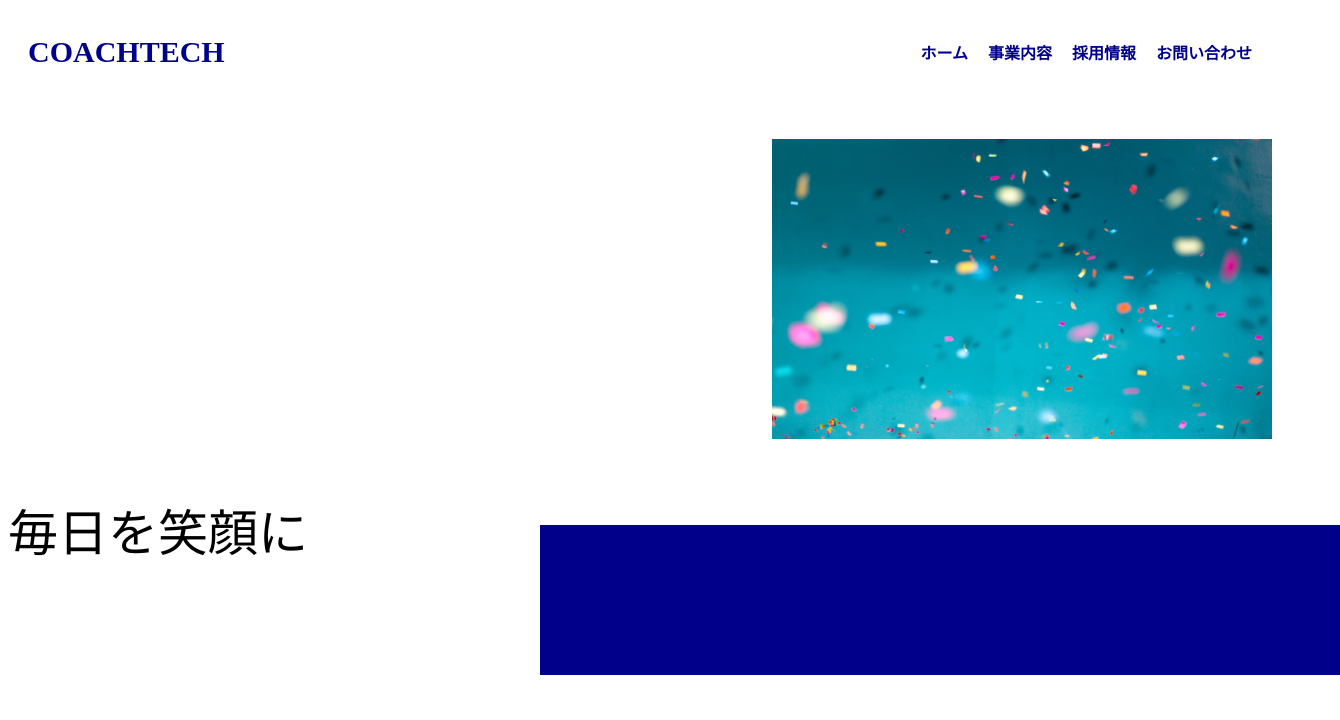
Repository: moro-ayu3/20230213_morohoshi
Page: index.html
An editor plug-in stored every save of this project. The page is shown before and after a run of saves, followed by the edit.
The browser window is 1280 px wide. The page is 1340 px wide, then 1280 px, so the pictures cover 1340 px, including what lies to the right of the window. The pictures show the whole page.

Above is the page before, as saved 2023-02-14 21:31:55.

After the next 2 saves:
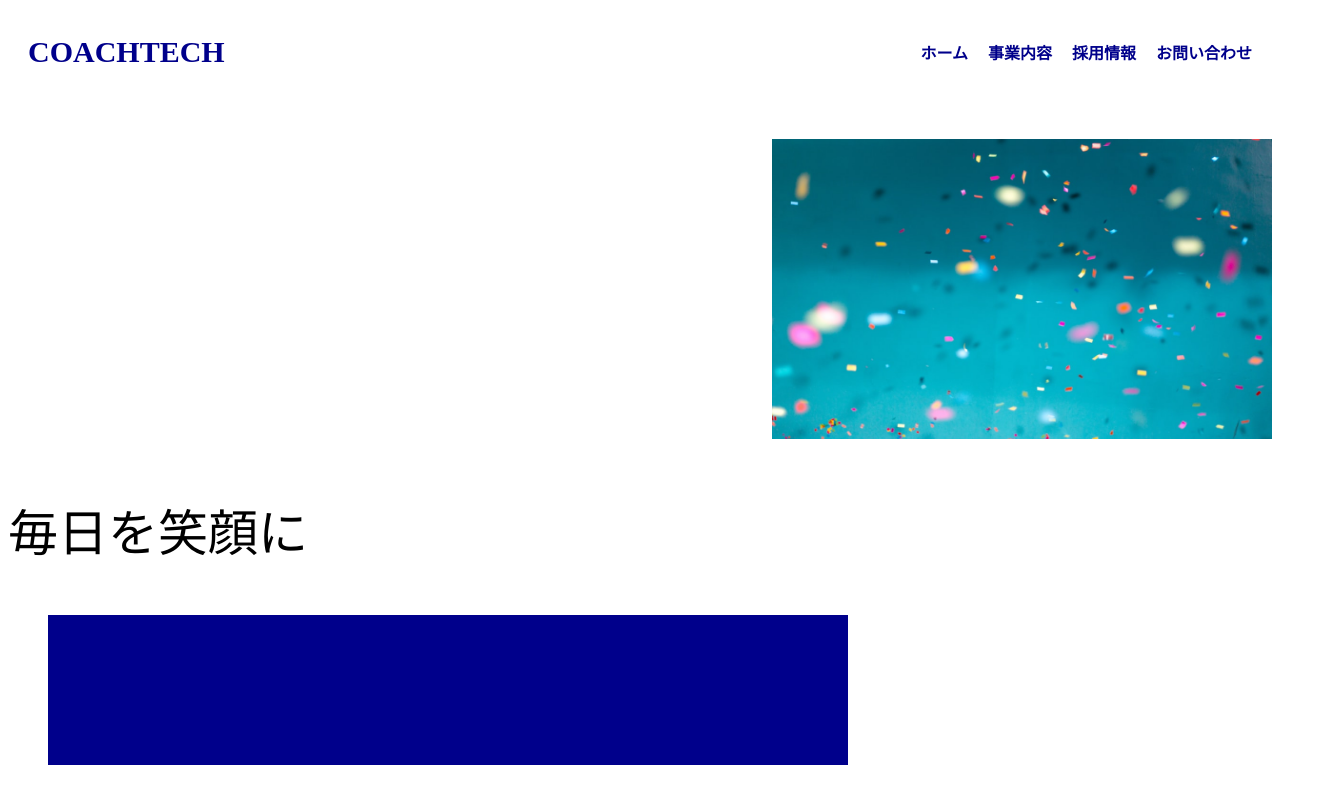
The 2 saves are shown as one change because they came seconds apart.
The last was saved 22 s later.
--- a/style.css
+++ b/style.css
@@ -53,9 +53,6 @@
   height: 150px;
   margin-bottom: 15px;
   margin-left: 40px;
-  position: absolute;
-  bottom: 30px;
-  left: 500px;
   z-index: 0;
   background-color: #00008b;
 }
